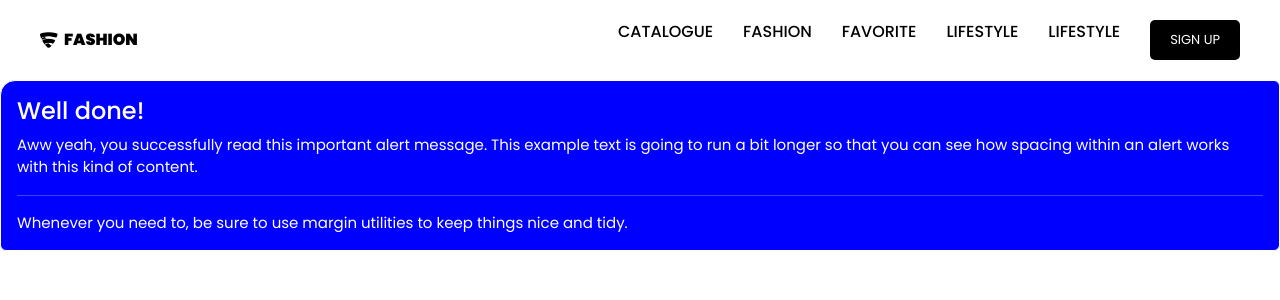
Repository: isaacCodes1/My-Project
Page: alert.html
An editor plug-in stored every save of this project. The page is shown before and after the next save, followed by the edit.
The browser window is 1280 px wide. The pictures show the whole page.

Above is the page before, as saved 2024-03-21 16:06:53.

### alert.html
<!DOCTYPE html>
<html lang="en">
  <head>
    <meta charset="UTF-8" />
    <meta name="viewport" content="width=device-width, initial-scale=1.0" />
    <link
      href="https://cdn.jsdelivr.net/npm/bootstrap@5.2.3/dist/css/bootstrap.min.css"
      rel="stylesheet"
      integrity="sha384-rbsA2VBKQhggwzxH7pPCaAqO46MgnOM80zW1RWuH61DGLwZJEdK2Kadq2F9CUG65"
      crossorigin="anonymous"
    />
    <script
      src="https://cdn.jsdelivr.net/npm/bootstrap@5.2.3/dist/js/bootstrap.bundle.min.js"
      integrity="sha384-kenU1KFdBIe4zVF0s0G1M5b4hcpxyD9F7jL+jjXkk+Q2h455rYXK/7HAuoJl+0I4"
      crossorigin="anonymous"
    ></script>
    <link rel="stylesheet" href="style.css" />
    <title>Document</title>
  </head>
  <body>
    <header>
      <nav>
        <!--------- NavItems ------->
        <div class="image">
          <a href="index.html"
            ><img src="/Assets/Pics/Vector (3).png" />FASHION</a
          >
        </div>
        <div class="navItems">
          <ul>
            <li><a href="catalogue.html">CATALOGUE</a></li>
            <li><a href="fashion.html">FASHION</a></li>
            <li><a href="favourite.html">FAVORITE</a></li>
            <li><a href="lifestyle.html">LIFESTYLE</a></li>
            <li><a href="lifestyle.html">LIFESTYLE</a></li>

          </ul>
          <a href="form.html"><button>SIGN UP</button></a>
        </div>
      </nav>
    </header>
    <div class="alert alert-success" role="alert">
      <h4 class="alert-heading">Well done!</h4>
      <p>
        Aww yeah, you successfully read this important alert message. This
        example text is going to run a bit longer so that you can see how
        spacing within an alert works with this kind of content.
      </p>
      <hr />
      <p class="mb-0">
        Whenever you need to, be sure to use margin utilities to keep things
        nice and tidy.
      </p>
    </div>
  </body>
  <script
    src="https://cdn.jsdelivr.net/npm/@popperjs/core@2.11.6/dist/umd/popper.min.js"
    integrity="sha384-oBqDVmMz9ATKxIep9tiCxS/Z9fNfEXiDAYTujMAeBAsjFuCZSmKbSSUnQlmh/jp3"
    crossorigin="anonymous"
  ></script>
  <script
    src="https://cdn.jsdelivr.net/npm/bootstrap@5.2.3/dist/js/bootstrap.min.js"
    integrity="sha384-cuYeSxntonz0PPNlHhBs68uyIAVpIIOZZ5JqeqvYYIcEL727kskC66kF92t6Xl2V"
    crossorigin="anonymous"
  ></script>
</html>

### style.css
@import url("https://fonts.googleapis.com/css2?family=Poppins:ital,wght@0,100;0,200;0,300;0,400;0,500;0,600;0,700;0,800;0,900;1,100;1,200;1,300;1,400;1,500;1,600;1,700;1,800;1,900&display=swap");
* {
  margin: 0;
  padding: 0;
  box-sizing: border-box;
  font-family: "Poppins", sans-serif;
}
nav {
  display: flex;
  align-items: center;
  justify-content: space-between;
  width: 100%;
  padding: 20px 40px;
}
.image a {
  display: flex;
  align-items: center;
  gap: 6px;
  text-decoration: none;
  color: #000;
  font-size: 16px;
  font-weight: 900;
}
.image a img {
  width: 16%;
}
.navItems {
  display: flex;
  gap: 30px;
  align-items: center;
}
.navItems ul {
  display: flex;
  gap: 30px;
  list-style: none;
}
.navItems ul li a {
  text-decoration: none;
  color: #000;
  font-size: 16px;
  font-weight: 500;
}
.navItems ul li a:hover {
  transform: scale(1.05);
  color: #ebd96b;
  font-style: italic;
  border: 1px solid #000;
  transition: 1s ease-in-out;
}
.navItems button {
  border: 0;
  background: #000;
  padding: 10px 20px;
  color: #fff;
  border-radius: 5px;
  font-size: 13px;
}
.navItems button:hover {
  transform: scale(1.05);
  transition: 1s ease-in-out;
  color: #000;
  background: rgb(137, 136, 136);
}
.welcome {
  font-size: 30px;
  font-weight: 900;
  font-style: oblique;
}
.firstPageCont {
  padding: 20px 40px;
}
.FirstPage {
  display: flex;
  flex: 1;
  width: 100%;
  height: 90vh;
  padding: 40px 10px 0px 10px;
  border-radius: 30px;
  background: #f4f6f5;
}
.txtCont {
  display: flex;
  flex: 0.5;
  flex-direction: column;
  gap: 10px;
  padding-left: 40px;
}

.txtCont h1 {
  font-size: 64px;
  font-weight: 900;
  width: 50%;
  line-height: 75px;
}

.txtCont p {
  font-size: 20px;
}
.txtBtn {
  display: flex;
  align-items: center;
  width: 80%;
  margin-top: 10px;
  gap: 10px;
}
.btns {
  border: 0;
  background: #000;
  padding: 10px 20px;
  color: #fff;
  border-radius: 5px;
  font-size: 19px;
}
.btns:hover {
  transform: scale(1.05);
  transition: 1s ease-in-out;
  color: #000;
  background: rgb(137, 136, 136);
}
.txtBtn img {
  width: 100px;
}
.imgCont {
  flex: 0.5;
  display: flex;
  position: relative;
}
.star1 {
  position: absolute;
  top: 5px;
  left: 10px;
}
.star1 img {
  width: 30px;
}
.star2 {
  position: absolute;
  top: 20px;
  left: 450px;
}
.star2 img {
  width: 30px;
}
.star3 {
  position: absolute;
  bottom: 10px;
  left: 70px;
}
.star3 img {
  width: 30px;
}
.star4 {
  position: absolute;
  bottom: 20px;
  left: 400px;
}
.star4 img {
  width: 30px;
}
.spn1 {
  display: flex;
  align-items: center;
  background-image: url(/Assets/Pics/rectangle1.png);
  background-size: cover;
  background-repeat: no-repeat;
  width: 100%;
  padding-left: 20px;
}
.spn2 {
  background-image: url(/Assets/Pics/Rectangle2.png);
  background-size: cover;
  background-repeat: no-repeat;
  padding-right: 50px;
  padding-left: 20px;
}
/* next Page */
.firstPageFooter {
  background: #ebd96b;
  padding: 20px 10px;
  display: flex;
  align-items: center;
  justify-content: center;
}
.logoCont {
  display: flex;
  justify-content: center;
  gap: 100px;
}
.logoCont img {
  width: 7%;
}
.nextPageCont {
  margin-top: 20px;
  padding: 20px 40px;
  display: flex;
  flex-direction: column;
  gap: 55px;
  margin-bottom: 50px;
}
.nextPageText {
  position: relative;
}
.nextPageText h1 {
  font-size: 38px;
  letter-spacing: 1px;
  font-weight: 900;
}
.nextPageText img {
  position: absolute;
  bottom: 5px;
  left: 200px;
  width: 10%;
  z-index: -1;
}
.prettyImages {
  display: flex;
  gap: 35px;
}

.prettyImg img {
  width: 100%;
}
.payDay {
  background: linear-gradient(
    1.32deg,
    #e0c340 0.13%,
    #dfc23e 3.97%,
    #e1c441 7.2%,
    #e3c743 10.13%,
    #e4c542 12.98%,
    #e6c744 15.99%,
    #e7c845 19.52%,
    #e5c643 23.96%,
    #e6c945 30.43%,
    #e3c743 36.49%,
    #e9ca48 42.49%,
    #edce49 49.35%,
    #f0d44c 55.42%,
    #f4d84f 61.43%,
    #f6da52 65.74%,
    #f7db53 72.23%,
    #f9dd55 77.43%,
    #f9df56 83.84%,
    #fae157 91.52%,
    #f9df56 97.87%
  );
}
.yellowTxt {
  flex-direction: column;
  margin-bottom: 10px;
}
.yellowTxt h1 {
  font-size: 65px;
  font-weight: 900;
}
.yellowTxt p {
  font-size: 22px;
  font-weight: 500;
}

.yellowImg img {
  flex: 0.5;
  display: flex;
  width: 600px;
  position: relative;
}

.genDiv {
  display: flex;
  align-items: center;
}
.btn1 {
  border: 0;
  background: #000;
  padding: 15px 25px;
  color: #fff;
  border-radius: 5px;
  font-size: 18px;
  font-weight: 500;
}
.btn:hover {
  transform: scale(1.05);
  transition: 1s ease-in-out;
  color: #000;
  background: rgb(137, 136, 136);
}
.spn3 {
  display: flex;
  background-image: url(/Assets/rectangle1.png);
  background-size: cover;
  background-repeat: no-repeat;
  width: 300px;
}
.nxtSect {
  margin-top: 20px;
  padding: 20px 40px;
  display: flex;
  flex-direction: column;
  gap: 50px;
  margin-bottom: 50px;
}
.Images2 {
  display: flex;
}
.prettyImg2 {
  position: relative;
}
.prettyImg2 img {
  width: 70;
  height: 500px;
  margin-left: 70px;
}
.nextPageCont2 {
  margin-top: 20px;
  padding: 20px 40px;
  display: flex;
  gap: 50px;
  margin-bottom: 50px;
  display: flex;
  justify-content: space-between;
  align-items: center;
}
.nextPageText2 {
  display: flex;
  flex-direction: column;
  margin-left: 50px;
}
.nextPageText2 p {
  margin-bottom: 30px;
  color: #898a89;
}
.nextPageText2 h1 {
  font-size: 30px;
  letter-spacing: 1px;
  font-weight: 900;
}
.nextPageText2 img {
  width: 30%;
  cursor: pointer;
  display: flex;
}
.store {
  display: flex;
  justify-content: space-between;
}
.store a img {
  width: 140px;
  gap: 50px;
}
.circle1 {
  position: absolute;
  right: 350px;
  bottom: 500px;
}
.circle1 img {
  width: 15px;
  height: 15px;
  display: flex;
}
.circley {
  position: absolute;
  right: 0;
  bottom: 470px;
}
.circley img {
  width: 30px;
  height: 30px;
}
.circleye {
  position: absolute;
  right: 400px;
  bottom: 60px;
}
.circleye img {
  width: 17px;
  height: 17px;
}
.circle2 {
  position: absolute;
  right: 0;
  bottom: 100px;
}
.circle2 img {
  width: 10px;
  height: 10px;
}
.elipses {
  position: absolute;
}
.bigC {
  position: absolute;
  right: -12px;
  bottom: 100px;
  z-index: -1;
}
.bigC img {
  width: 300px;
  height: 300px;
  background: transparent;
}

.largeC {
  position: absolute;
  right: -41px;
  bottom: 70px;
  z-index: -1;
}
.largeC img {
  width: 360px;
  height: 360px;
  /* background: transparent; */
}
.largeC1 {
  position: absolute;
  right: -70px;
  bottom: 50px;
  z-index: -1;
}
.largeC1 img {
  width: 420px;
  height: 400px;
}
.footerDiv {
  background: #e5c643;
  padding-bottom: 170px;
}
.h1footer {
  color: #fff;
  text-align: center;
  padding-top: 50px;
  font-size: 30px;
  font-weight: 1000;
}
.pFooter {
  display: flex;
  flex-direction: column;
  justify-content: center;
  align-items: center;
  text-align: center;
  color: #fff;
  font-size: 30px;
}

.input {
  background: #fff;
  width: 40%;
  padding: 5px 0px;
  border-radius: 10px;
}
.input input {
  background: none;
  border: 0;
  padding: 13px 0px 13px 0px;
  width: 76%;
  font-size: 17px;
  outline: 0;
}
.input a {
  font-size: 20px;
  text-decoration: 0;
  color: #fff;
  background: #000;
  padding: 10px 30px;
  border-radius: 5px;
}
.input a:hover {
  transform: scale(1.05);
  transition: 1s ease-in-out;
  color: #000;
  background: rgb(137, 136, 136);
}
.alert {
  border: 1px solid;
  text-decoration: none;
  font-size: 15px;
  background: blue;
  color: #fff;
  border-top-left-radius: 15px;
}
.alert:hover {
  background: black;
  color: #fff;
  border-top-left-radius: 5px;
  transition: 1s ease-in-out;
}
.footDiv {
  display: flex;
  background: #000;

  place-items: center;
  padding: 100px;
}

.footTxt {
  display: flex;
  flex-direction: column;
  gap: 15px;
}
.footTxt h1 {
  color: #fff;
  font-size: 30px;
  font-weight: 900;
}
.footTxt p {
  color: #777;
  font-size: 18px;
}
.socialIcons {
  display: flex;
  gap: 20px;
}

.icon {
  background: #ebd96b;
  width: 30px;
  display: flex;
  align-items: center;
  justify-content: center;
  height: 30px;
  border-radius: 8px;
}
.icon img {
  display: flex;
  align-items: center;
  width: 40px;
  place-items: center;
}
.btn33 {
  background: #000;
  color: #fff;
  padding: 15px;
  border-radius: 7px;
  border: 1px;
  font-size: 16px;
  transition: 1s ease-in-out;
}
.btn33:hover {
  color: #000;
  background: #dbdbdb;
}
.links {
  margin-left: 150px;
  padding-right: 20px;
  margin-bottom: 50px;
}
.links1 a {
  color: #fff;
  font-size: 18px;
  text-decoration: none;
}
.links2 a {
  text-decoration: none;
  color: #777;
  font-size: 11px;
}
.links1 {
  display: flex;
  flex-direction: column;
  color: #fff;
  font-size: 18px;
  margin-top: 0px;
}
.links2 {
  color: #777;
  font-size: 11px;
  padding-top: 5px;
}
.faetured {
  margin-bottom: 20px;
}
.faetured1 {
  margin-bottom: 50px;
}
.featuredTxt h1 {
  font-size: 40px;
  margin-left: 150px;
  margin-bottom: 50px;
}
.featuredImg {
  margin-left: 150px;
}
.featuredImg img {
  margin-right: 10px;
}
.welcome1 {
  font-size: 18px;
  font-weight: bold;
  font-style: italic;
}

After the next save:
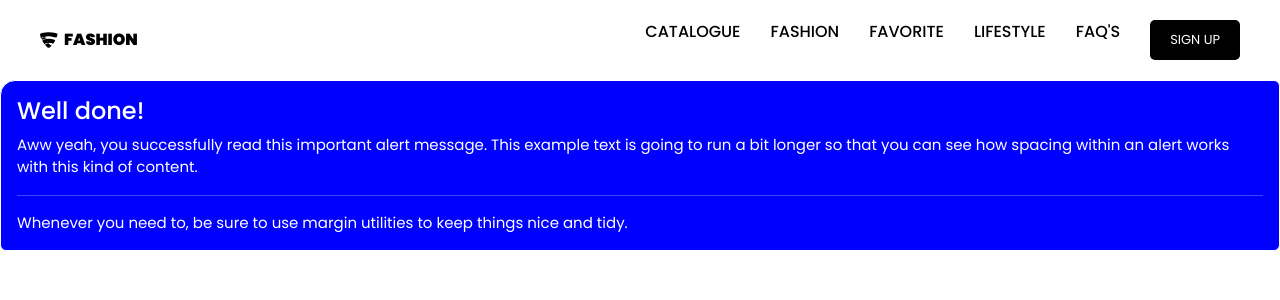
Saved 6 s later.
--- a/alert.html
+++ b/alert.html
@@ -32,7 +32,7 @@
             <li><a href="fashion.html">FASHION</a></li>
             <li><a href="favourite.html">FAVORITE</a></li>
             <li><a href="lifestyle.html">LIFESTYLE</a></li>
-            <li><a href="lifestyle.html">LIFESTYLE</a></li>
+            <li><a href="lifestyle.html">FAQ'S</a></li>
 
           </ul>
           <a href="form.html"><button>SIGN UP</button></a>
